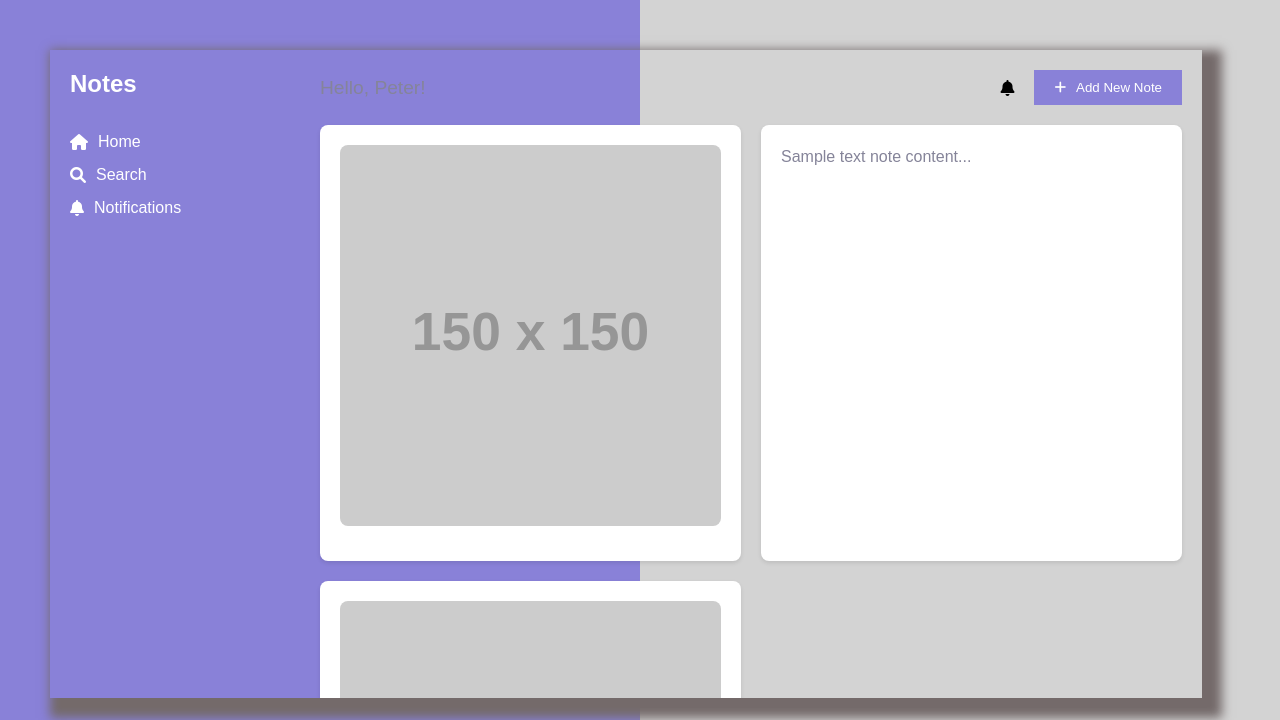
Repository: SatenikGabrielyan/HTML_CSS-_Assignment
Page: index.html
These files come from the project's save history. The page is drawn as it stood at one moment and after a run of saves; the edit follows.
The browser window is 1280 px wide. The pictures show the whole page.
An inner scrolling area shows only its first screen.

Above is the page before, as saved 2025-03-17 00:50:38.

After the next 3 saves:
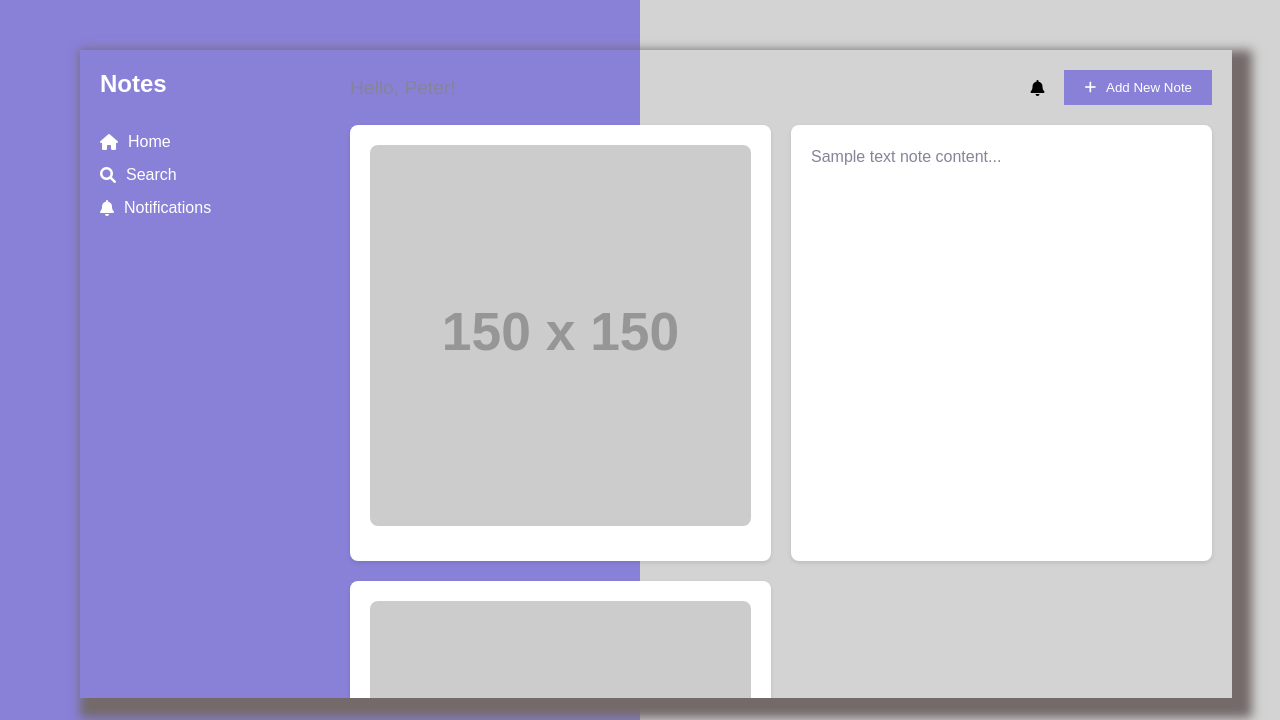
The 3 saves are shown as one change because they came seconds apart.
The last was saved 24 s later.
--- a/style.css
+++ b/style.css
@@ -47,9 +47,9 @@
     height: 90%;
 
     box-shadow: 10px 10px 10px 10px rgb(116, 106, 106);
-    margin-left: 50px;
+    margin-left: 80px;
     margin-top: 50px;
-    margin-bottom: 50px;
+    margin-bottom: 80px;
     background: center;
     position: absolute;
     z-index: 2;
